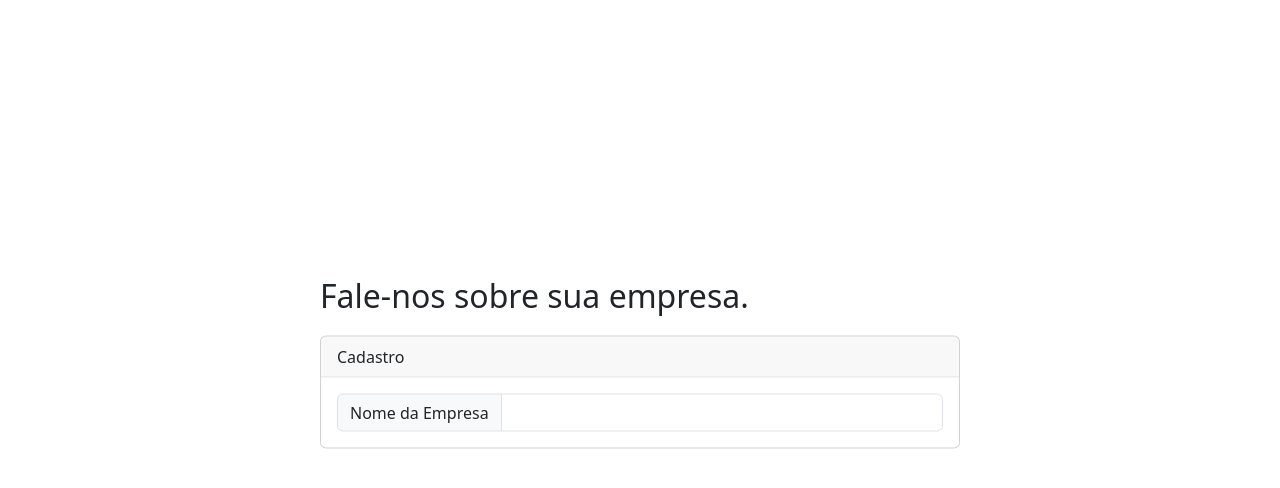
Repository: vandrecx/utilitaries
Page: http://localhost/login_archive/cadastro.php
An editor plug-in stored every save of this project. The page is shown before and after the next save, followed by the edit.
The browser window is 1280 px wide. The pictures show the whole page.
The page is run by PHP 8.4 with error messages shown; the project is at /var/www/html/.

Above is the page before, as saved 2024-05-03 11:37:16.

After the next save:
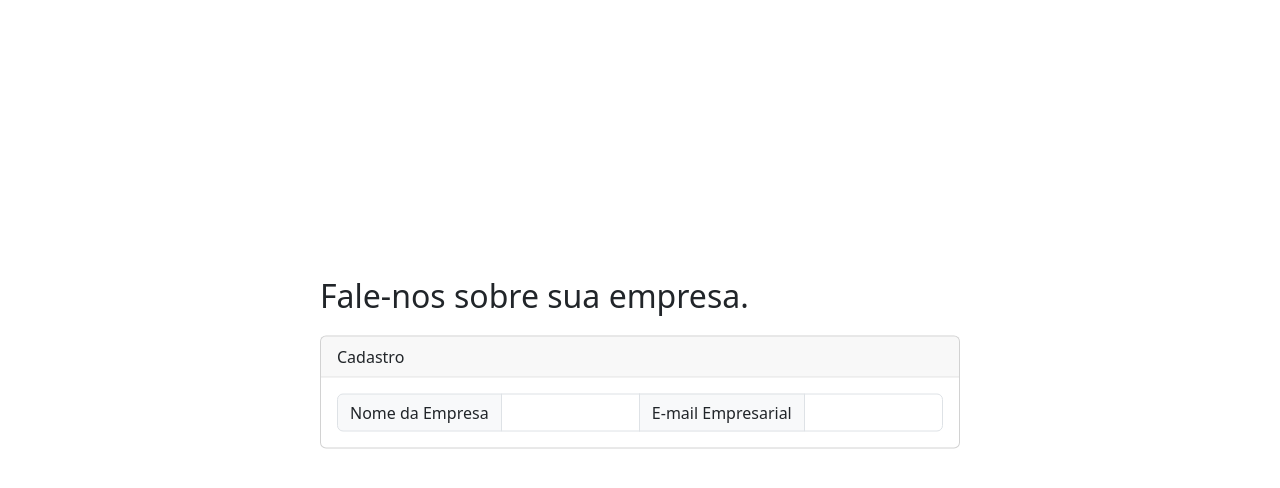
Saved 66 min 42 s later.
--- a/login_archive/cadastro.php
+++ b/login_archive/cadastro.php
@@ -24,7 +24,9 @@
                 <form method="POST" action="UserSignUp.php">
                     <div class="input-group">
                         <span class="input-group-text">Nome da Empresa</span>
-                        <input type="text" aria-label="First name" class="form-control">
+                        <input type="text" aria-label="First name" class="form-control" name="nome-empresa">
+                        <span class="input-group-text">E-mail Empresarial</span>
+                        <input type="text" aria-label="First name" class="form-control" name="email-empresa">
                     </div>
                 </form>
             </div>

After the save that followed:
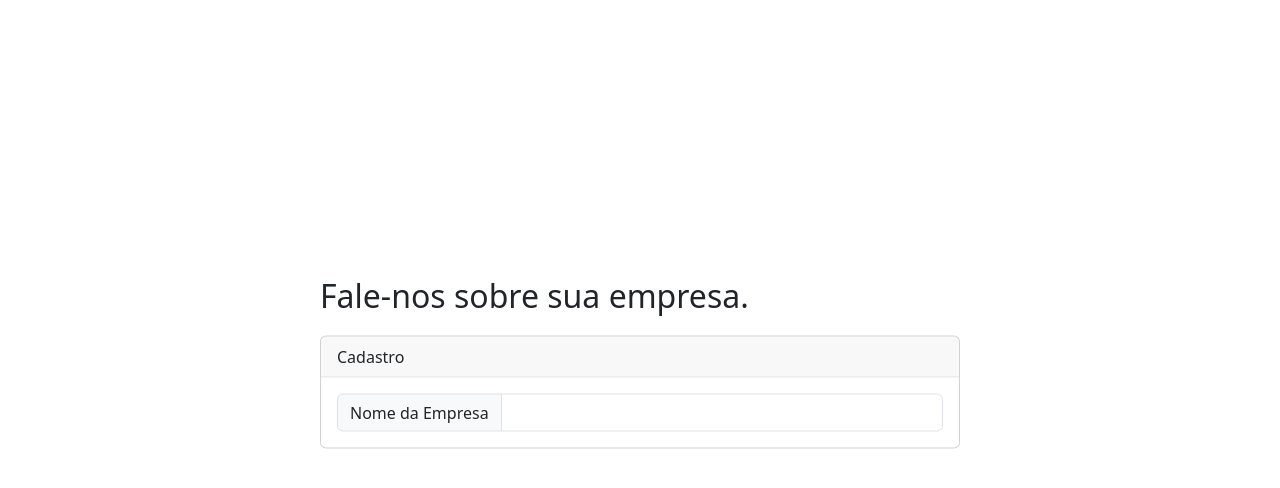
Saved 23 s later.
--- a/login_archive/cadastro.php
+++ b/login_archive/cadastro.php
@@ -25,8 +25,7 @@
                     <div class="input-group">
                         <span class="input-group-text">Nome da Empresa</span>
                         <input type="text" aria-label="First name" class="form-control" name="nome-empresa">
-                        <span class="input-group-text">E-mail Empresarial</span>
-                        <input type="text" aria-label="First name" class="form-control" name="email-empresa">
+
                     </div>
                 </form>
             </div>
